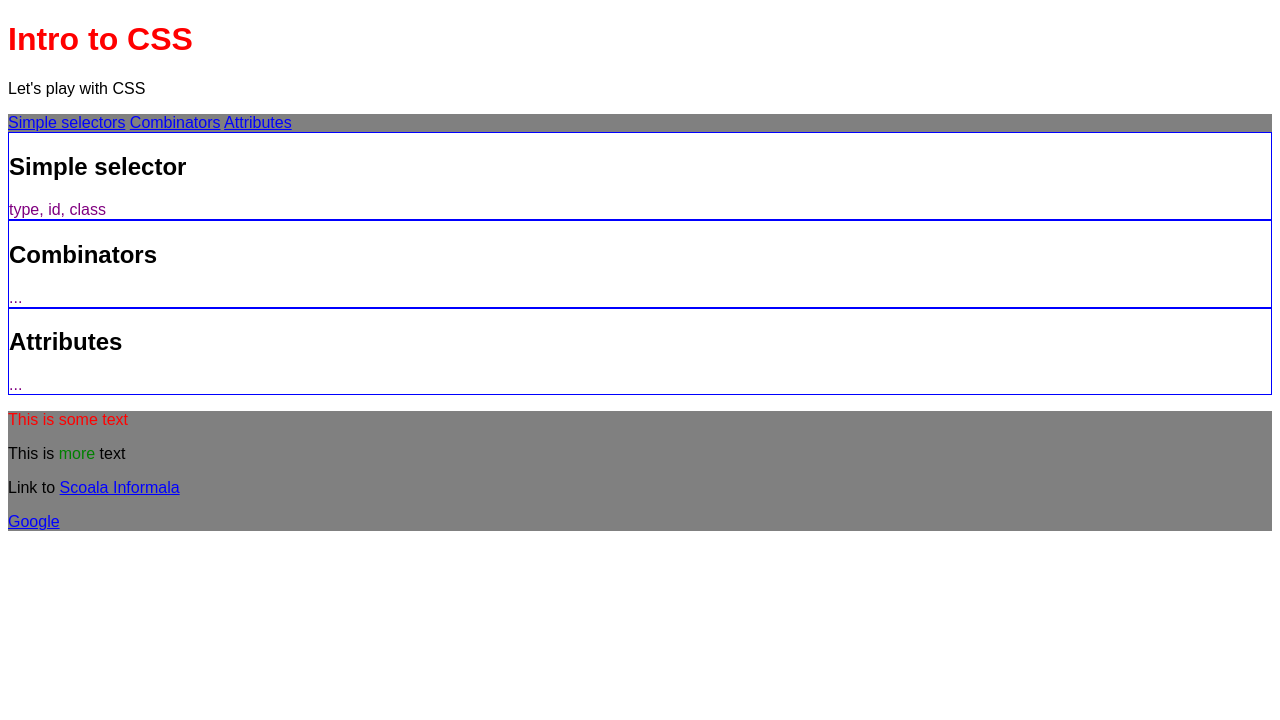
Repository: Toni95/workspace
Page: curs3-CSSintro/index.html
The author's editor kept a record of every edit. The page is drawn from the files as they stood at one moment, then again after the next edit.
The browser window is 1280 px wide. The pictures show the whole page.

Above is the page before.

After the next edit:
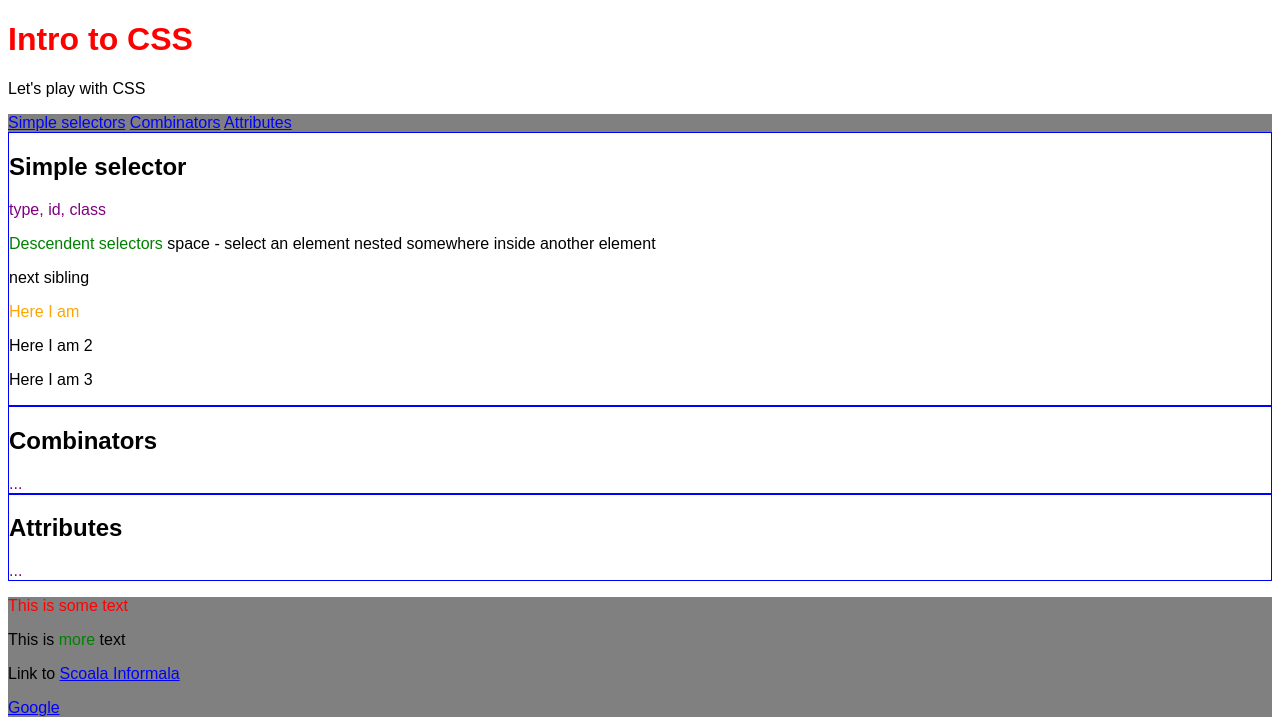
The edit:
--- a/curs3-CSSintro/index.html
+++ b/curs3-CSSintro/index.html
@@ -17,6 +17,11 @@
     <div class="selector-container">
         <h2>Simple selector</h2>
         <span>type, id, class</span>
+        <p><span>Descendent selectors</span> space - select an element nested somewhere inside another element</p>
+        <div>next sibling</div>
+        <p>Here I am</p>
+        <p>Here I am 2</p>
+        <p>Here I am 3</p>
     </div>
 
     <div class="selector-container">
